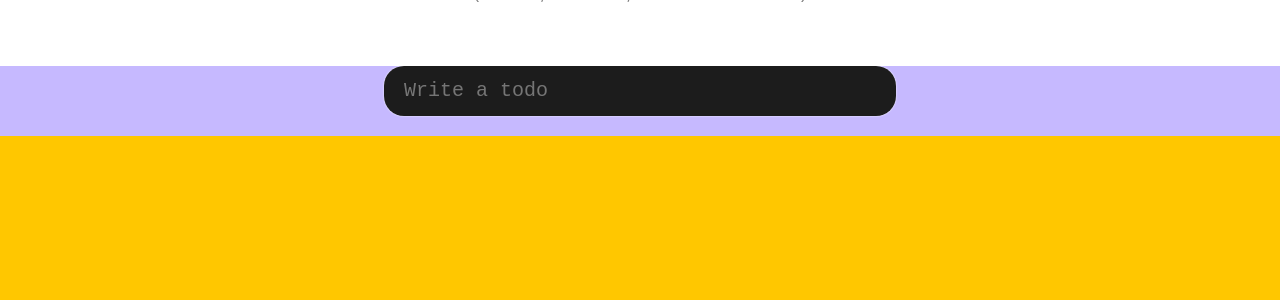
Repository: ThisIsSahaj/Js-Projects
Page: ToDoList/index.html
These files come from the project's save history. The page is drawn as it stood at one moment and after the next save; the edit follows.
The browser window is 1280 px wide. The pictures show the whole page.

Above is the page before, as saved 2024-04-24 09:38:45.

After the next save:
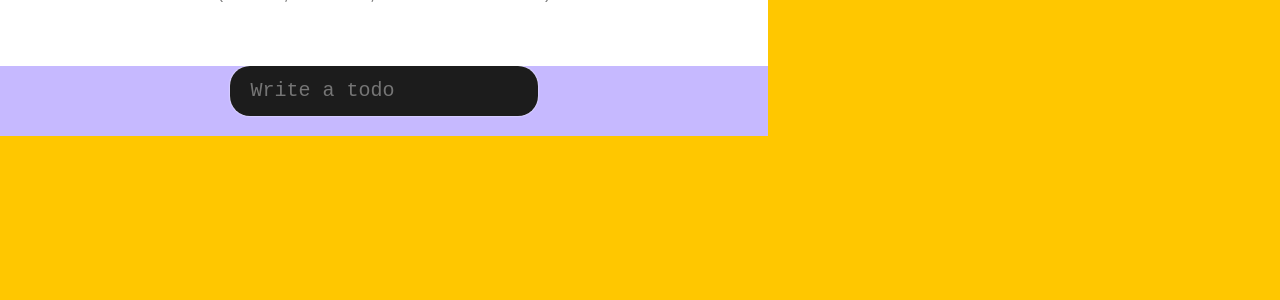
Saved 14 s later.
--- a/ToDoList/style.css
+++ b/ToDoList/style.css
@@ -14,10 +14,10 @@ body{
 }
 
 .header{
-    width: 100%;
+    width: 60%;
     height: 80px;
     background-color: white;
-    color: white;
+    /* color: white; */
     display: flex;
     flex-direction: column;
     align-items: center;
